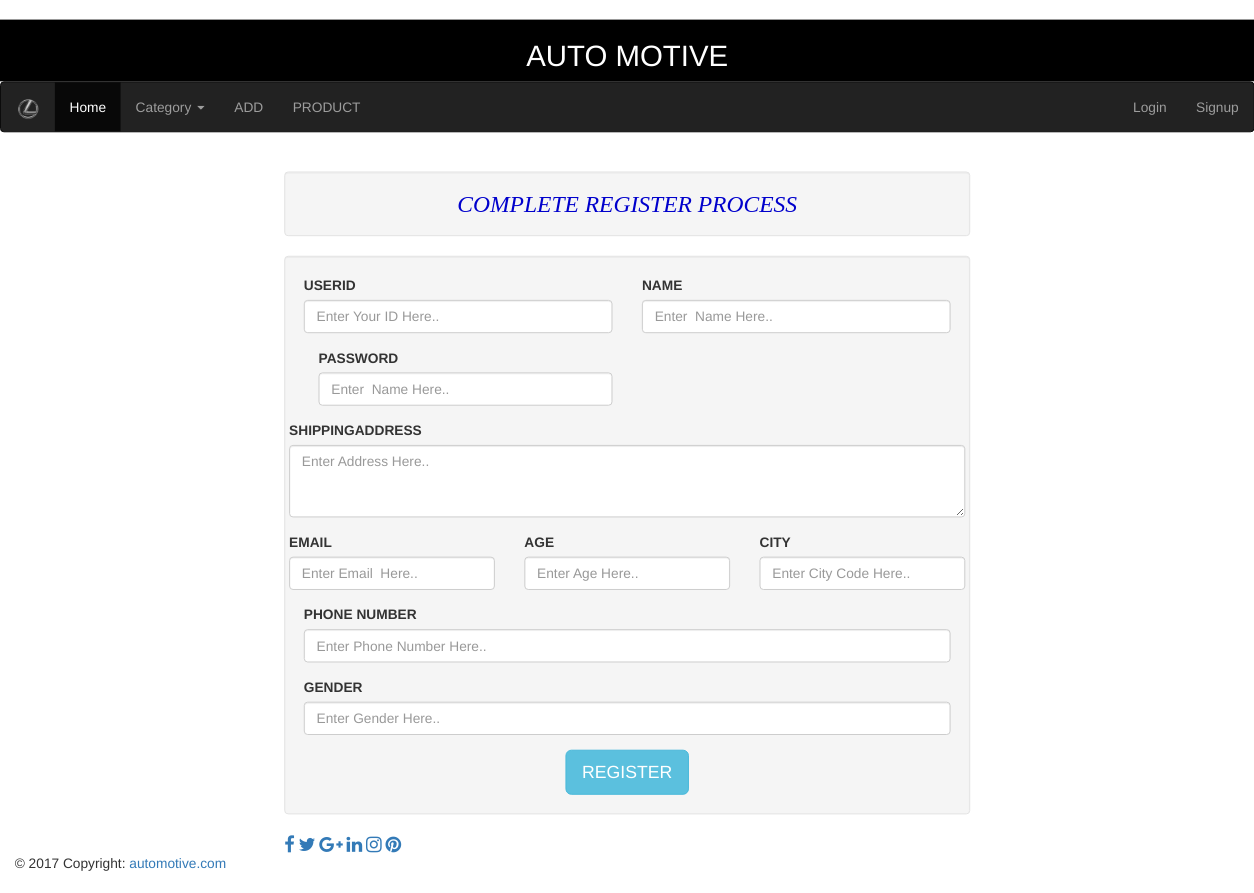
Repository: kavintech/DTProject
Page: http://localhost/Ecommerce_frontend/WEB-INF/views/registerpage.jsp
These files come from the project's save history. The page is drawn as it stood at one moment and after the next save; the edit follows.
The browser window is 1280 px wide. The pictures show the whole page, at 98% of full size.
Some web libraries are served in a nearby version. The page is served by Tomcat 9. Nobody is signed in. The template is opened directly, without the code that normally fills it, so the values that code supplies are empty.

Above is the page before, as saved 2017-11-27 07:10:45.

After the next save:
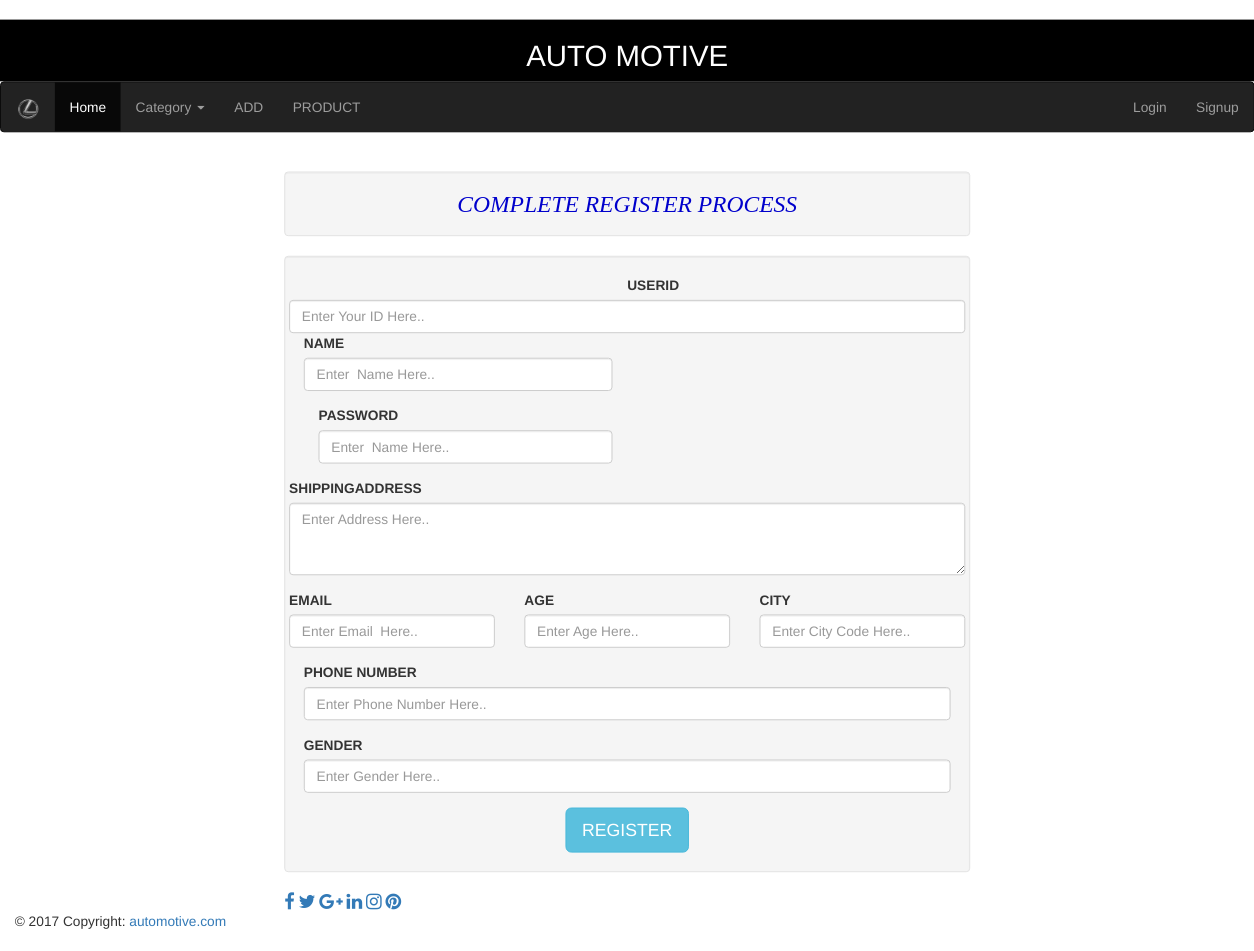
Saved 70 s later.
--- a/Ecommerce_frontend/src/main/webapp/WEB-INF/views/registerpage.jsp
+++ b/Ecommerce_frontend/src/main/webapp/WEB-INF/views/registerpage.jsp
@@ -28,7 +28,8 @@
 				<form  action="registerpage" method="post">
 					<div class="col-sm-12">
 						<div class="row">
-							<div class="col-sm-6 form-group">
+							<div class="col-sm-6 form-group"></div>
+							<div>
 								<label>USERID</label>
 								<input type="text" placeholder="Enter Your ID Here.." class="form-control" pattern="[0-9]+" required name="userid">
 							</div>
